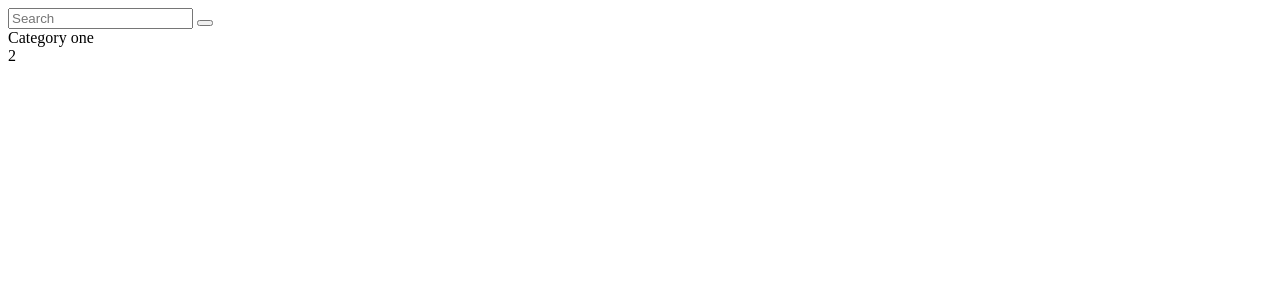
Repository: dvbondoy/peddler-pos
Page: www/product/templates/categories.html
The author's editor kept a copy of each file at every save. The page is drawn from the files as they stood at one save, then again after the next save.
The browser window is 1280 px wide. The pictures show the whole page.

Above is the page before, as saved 2016-12-05 22:59:09.

After the next save:
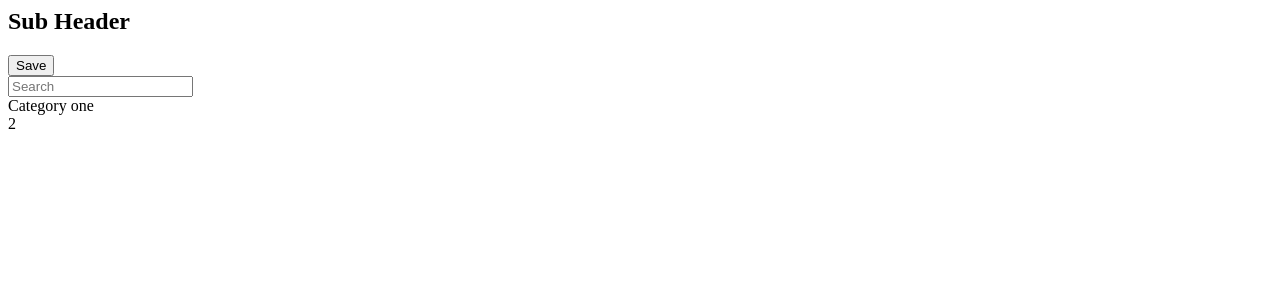
Saved 10 h 7 min later.
--- a/www/product/templates/categories.html
+++ b/www/product/templates/categories.html
@@ -1,15 +1,20 @@
 <ion-view>
   <div class="bar bar-subheader item-input-inset">
-    <label class="item-input-wrapper">
-      <i class="icon ion-ios-search placeholder-icon"></i>
-      <input type="search" placeholder="Search">
-    </label>
-    <button class="button">
+    <div class="buttons">
+      <h2 class="title">Sub Header</h2>
+      <button class="button">Save</button>
+    </div>
+    <!--<button class="button">
       <i class="icon ion-plus"></i>
-    </button>
-      <!--<h2 class="title">Sub Header</h2>-->
+    </button>-->
+  </div>
+  <ion-content class="has-subheader">
+    <div class="padding">
+      <label class="item-input-wrapper">
+        <i class="icon ion-ios-search placeholder-icon"></i>
+        <input type="search" placeholder="Search">
+      </label>
     </div>
-  <ion-content class="has-subheader">
 
     <div class="padding">
       <ion-list>
